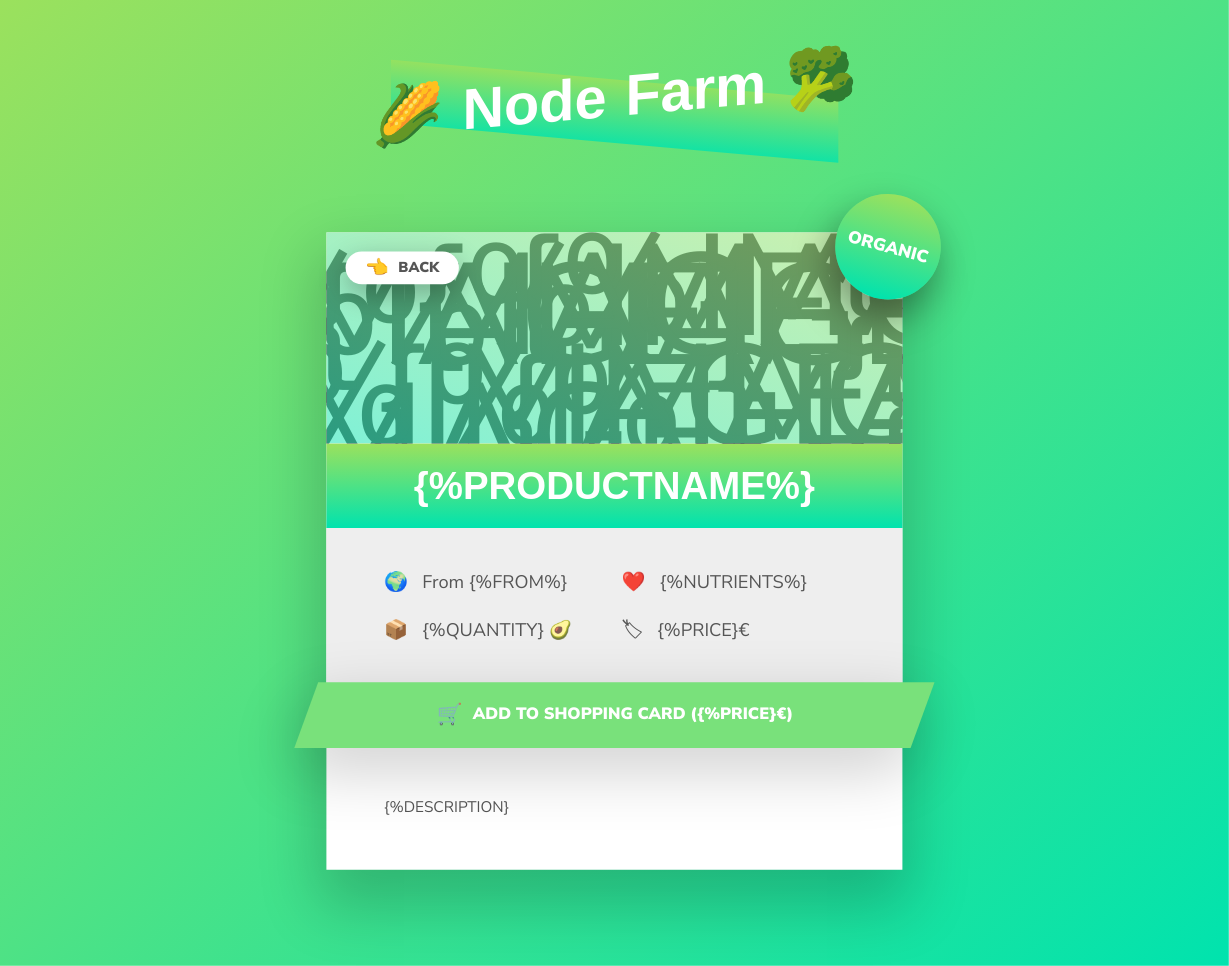
Repository: 13-Joban/Node_Farm_Backend
Page: templates/product.html
The author's editor kept a copy of each file at every save. The page is drawn from the files as they stood at one save, then again after a run of saves.
The browser window is 1280 px wide. The pictures show the whole page, at 96% of full size.
Some web fonts or font styles are not loaded; a fallback is used.

Above is the page before, as saved 2022-07-16 17:33:35.

After the next 3 saves:
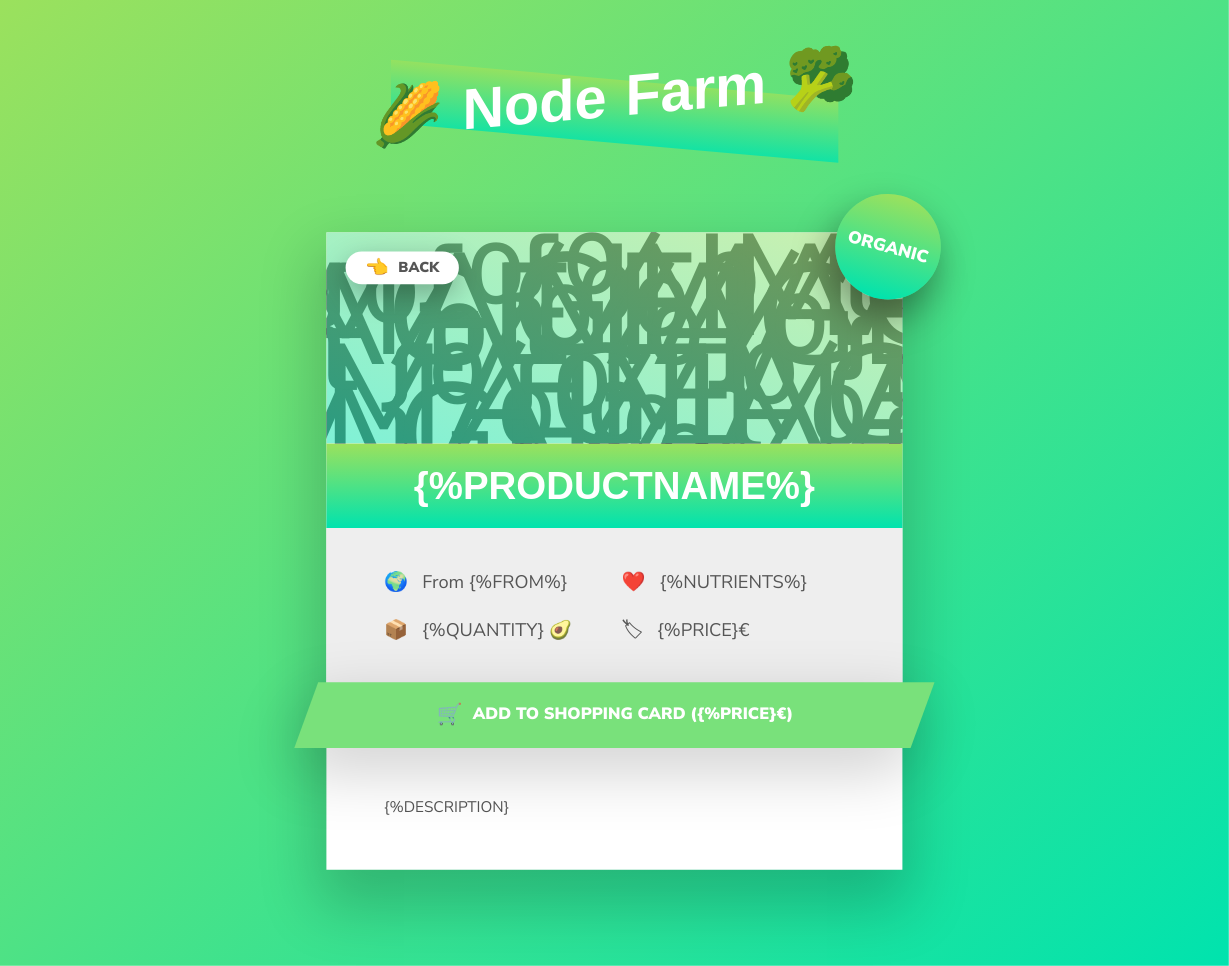
The 3 saves are shown as one change because they came seconds apart.
The last was saved 9 s later.
--- a/templates/product.html
+++ b/templates/product.html
@@ -276,15 +276,15 @@
           <span class="emoji-left">👈</span>Back
         </a>
         <div class="product__hero">
-          <span class="product__emoji product__emoji--1">{%IMAGE}</span>
-          <span class="product__emoji product__emoji--2">{%IMAGE}</span>
-          <span class="product__emoji product__emoji--3">{%IMAGE}</span>
-          <span class="product__emoji product__emoji--4">{%IMAGE}</span>
-          <span class="product__emoji product__emoji--5">{%IMAGE}</span>
-          <span class="product__emoji product__emoji--6">{%IMAGE}</span>
-          <span class="product__emoji product__emoji--7">{%IMAGE}</span>
-          <span class="product__emoji product__emoji--8">{%IMAGE}</span>
-          <span class="product__emoji product__emoji--9">{%IMAGE}</span>
+          <span class="product__emoji product__emoji--1">{%IMAGE%}</span>
+          <span class="product__emoji product__emoji--2">{%IMAGE%}</span>
+          <span class="product__emoji product__emoji--3">{%IMAGE%}</span>
+          <span class="product__emoji product__emoji--4">{%IMAGE%}</span>
+          <span class="product__emoji product__emoji--5">{%IMAGE%}</span>
+          <span class="product__emoji product__emoji--6">{%IMAGE%}</span>
+          <span class="product__emoji product__emoji--7">{%IMAGE%}</span>
+          <span class="product__emoji product__emoji--8">{%IMAGE%}</span>
+          <span class="product__emoji product__emoji--9">{%IMAGE%}</span>
         </div>
         <h2 class="product__name">{%PRODUCTNAME%}</h2>
         <div class="product__details">
